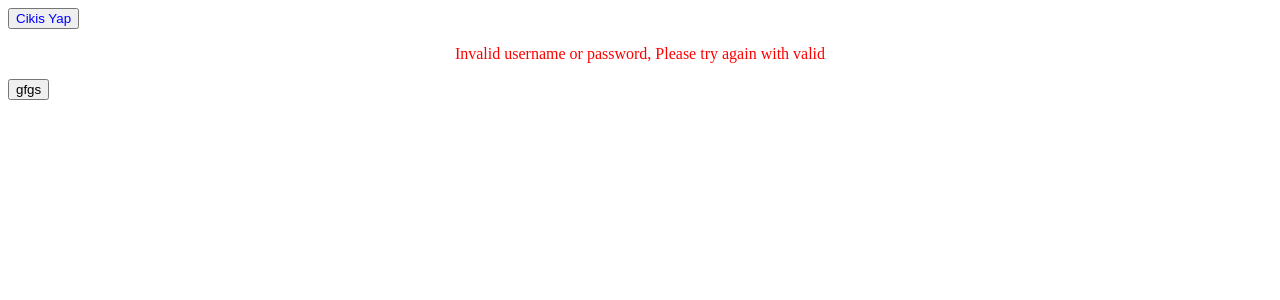
Repository: Berilinanir/Login-Logout-System
Page: Loginn/WebContent/error.html
The author's editor kept a copy of each file at every save. The page is drawn from the files as they stood at one save, then again after the next save.
The browser window is 1280 px wide. The pictures show the whole page.

Above is the page before, as saved 2018-10-14 09:06:46.

After the next save:
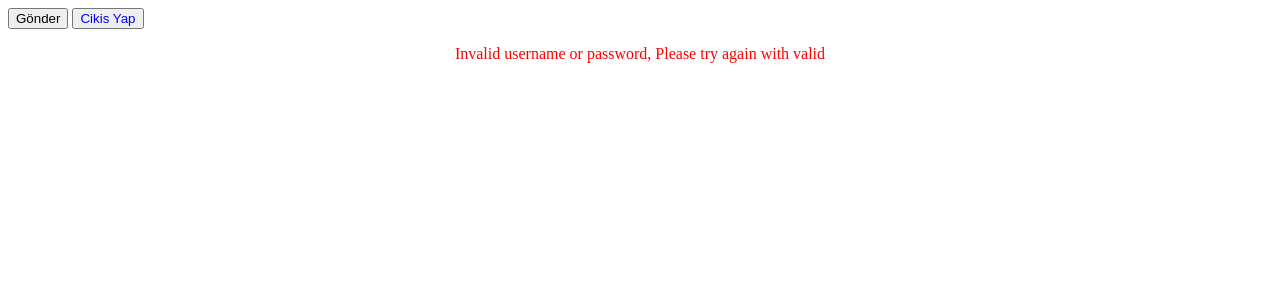
Saved 2 min 7 s later.
--- a/Loginn/WebContent/error.html
+++ b/Loginn/WebContent/error.html
@@ -10,13 +10,13 @@
 </head>
 <body>
 
-
+<input type="button" value="Gönder" name="buton1" title="Düğmeye bas" onclick="parent.location='login.html'"/>
 <input type="button" onClick="location.href='login.html'" value='Cikis Yap' class="btn" style="color:blue" >
 
 <p style="color:red" align="center"  >Invalid username or password, Please try again with valid </p>
 
 
-<button>gfgs</button>
+
 
 
 </body>
